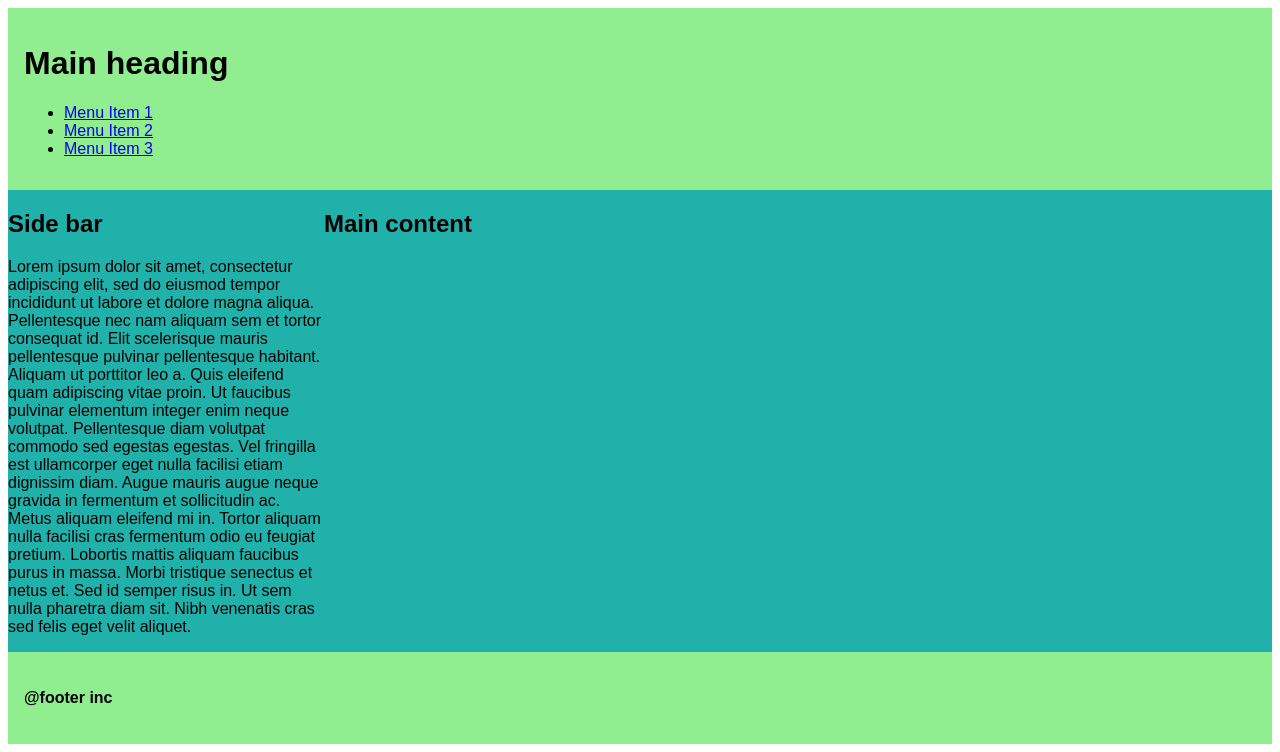
Repository: lasity34/first_layout
Page: index.html
An editor plug-in stored every save of this project. The page is shown before and after the next save, followed by the edit.
The browser window is 1280 px wide. The pictures show the whole page.

Above is the page before, as saved 2023-03-06 10:51:49.

### index.html
<!DOCTYPE html>
<html lang="en">
<head>
    <meta charset="UTF-8">
    <meta http-equiv="X-UA-Compatible" content="IE=edge">
    <meta name="viewport" content="width=device-width, initial-scale=1.0">
    <title>Document</title>
    <style>
        body {
            font-family: Arial, Helvetica, sans-serif;
        }

        .header {
            background-color: lightgreen;
            padding: 1em;
        }

        .main {
            background-color: lightseagreen;
        }

        .footer {
            background-color: lightgreen;
            padding: 1em;
        }

        .side-bar {
            float: left;
            width: 25%;
        }

        .clearfix {
            overflow: auto;
            zoom: 1;
        }
    </style>
</head>
<body>
    <div class="container">
        <div class="header">
            <h1>Main heading</h1>
            <ul class="menu">
                <li><a href="#">Menu Item 1</a></li>
                <li><a href="#">Menu Item 2</a></li>
                <li><a href="#">Menu Item 3</a></li>
            </ul>
        </div>
        <div class="main clearfix">
            <div class="side-bar">
                <h2>Side bar</h2>
                <p>Lorem ipsum dolor sit amet, consectetur adipiscing elit,
                    sed do eiusmod tempor incididunt ut labore et dolore magna aliqua.
                    Pellentesque nec nam aliquam sem et tortor consequat id.
                    Elit scelerisque mauris pellentesque pulvinar pellentesque habitant.
                    Aliquam ut porttitor leo a. Quis eleifend quam adipiscing vitae proin.
                    Ut faucibus pulvinar elementum integer enim neque volutpat.
                    Pellentesque diam volutpat commodo sed egestas egestas.
                    Vel fringilla est ullamcorper eget nulla facilisi etiam dignissim diam.
                    Augue mauris augue neque gravida in fermentum et sollicitudin ac.
                    Metus aliquam eleifend mi in.
                    Tortor aliquam nulla facilisi cras fermentum odio eu feugiat pretium.
                    Lobortis mattis aliquam faucibus purus in massa.
                    Morbi tristique senectus et netus et. Sed id semper risus in.
                    Ut sem nulla pharetra diam sit.
                    Nibh venenatis cras sed felis eget velit aliquet.</p>
            </div>
            <div class="content">
                <h2>Main content</h2>
            </div>
        </div>
        <div class="footer"><h4>@footer inc</h4></div>
    </div>
</body>
</html>

After the next save:
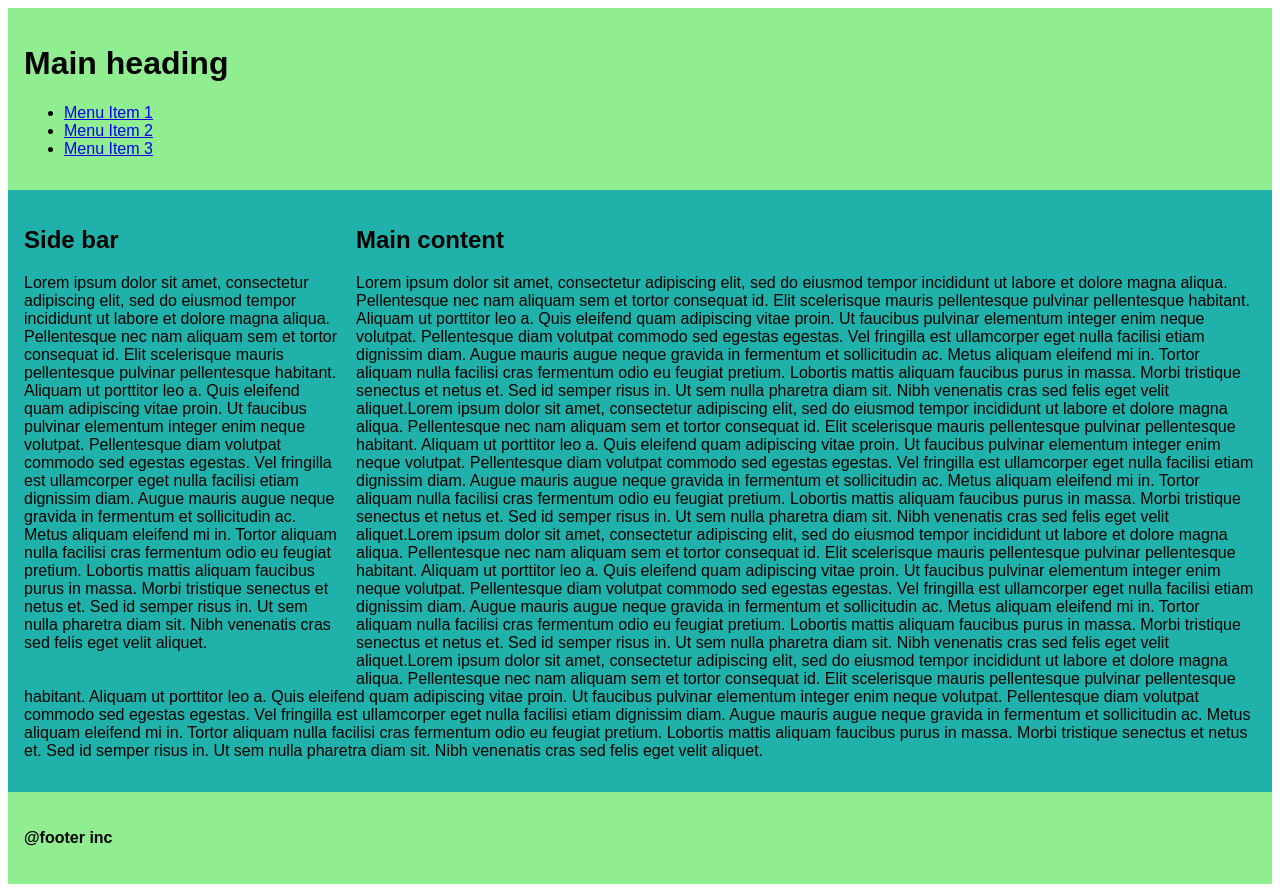
Saved 72 s later.
--- a/index.html
+++ b/index.html
@@ -27,11 +27,16 @@
         .side-bar {
             float: left;
             width: 25%;
+            padding: 1em;
         }
 
         .clearfix {
             overflow: auto;
             zoom: 1;
+        }
+
+        .content {
+            padding: 1em;
         }
     </style>
 </head>
@@ -66,6 +71,63 @@
             </div>
             <div class="content">
                 <h2>Main content</h2>
+                <p>Lorem ipsum dolor sit amet, consectetur adipiscing elit,
+                    sed do eiusmod tempor incididunt ut labore et dolore magna aliqua.
+                    Pellentesque nec nam aliquam sem et tortor consequat id.
+                    Elit scelerisque mauris pellentesque pulvinar pellentesque habitant.
+                    Aliquam ut porttitor leo a. Quis eleifend quam adipiscing vitae proin.
+                    Ut faucibus pulvinar elementum integer enim neque volutpat.
+                    Pellentesque diam volutpat commodo sed egestas egestas.
+                    Vel fringilla est ullamcorper eget nulla facilisi etiam dignissim diam.
+                    Augue mauris augue neque gravida in fermentum et sollicitudin ac.
+                    Metus aliquam eleifend mi in.
+                    Tortor aliquam nulla facilisi cras fermentum odio eu feugiat pretium.
+                    Lobortis mattis aliquam faucibus purus in massa.
+                    Morbi tristique senectus et netus et. Sed id semper risus in.
+                    Ut sem nulla pharetra diam sit.
+                    Nibh venenatis cras sed felis eget velit aliquet.Lorem ipsum dolor sit amet, consectetur adipiscing elit,
+                    sed do eiusmod tempor incididunt ut labore et dolore magna aliqua.
+                    Pellentesque nec nam aliquam sem et tortor consequat id.
+                    Elit scelerisque mauris pellentesque pulvinar pellentesque habitant.
+                    Aliquam ut porttitor leo a. Quis eleifend quam adipiscing vitae proin.
+                    Ut faucibus pulvinar elementum integer enim neque volutpat.
+                    Pellentesque diam volutpat commodo sed egestas egestas.
+                    Vel fringilla est ullamcorper eget nulla facilisi etiam dignissim diam.
+                    Augue mauris augue neque gravida in fermentum et sollicitudin ac.
+                    Metus aliquam eleifend mi in.
+                    Tortor aliquam nulla facilisi cras fermentum odio eu feugiat pretium.
+                    Lobortis mattis aliquam faucibus purus in massa.
+                    Morbi tristique senectus et netus et. Sed id semper risus in.
+                    Ut sem nulla pharetra diam sit.
+                    Nibh venenatis cras sed felis eget velit aliquet.Lorem ipsum dolor sit amet, consectetur adipiscing elit,
+                    sed do eiusmod tempor incididunt ut labore et dolore magna aliqua.
+                    Pellentesque nec nam aliquam sem et tortor consequat id.
+                    Elit scelerisque mauris pellentesque pulvinar pellentesque habitant.
+                    Aliquam ut porttitor leo a. Quis eleifend quam adipiscing vitae proin.
+                    Ut faucibus pulvinar elementum integer enim neque volutpat.
+                    Pellentesque diam volutpat commodo sed egestas egestas.
+                    Vel fringilla est ullamcorper eget nulla facilisi etiam dignissim diam.
+                    Augue mauris augue neque gravida in fermentum et sollicitudin ac.
+                    Metus aliquam eleifend mi in.
+                    Tortor aliquam nulla facilisi cras fermentum odio eu feugiat pretium.
+                    Lobortis mattis aliquam faucibus purus in massa.
+                    Morbi tristique senectus et netus et. Sed id semper risus in.
+                    Ut sem nulla pharetra diam sit.
+                    Nibh venenatis cras sed felis eget velit aliquet.Lorem ipsum dolor sit amet, consectetur adipiscing elit,
+                    sed do eiusmod tempor incididunt ut labore et dolore magna aliqua.
+                    Pellentesque nec nam aliquam sem et tortor consequat id.
+                    Elit scelerisque mauris pellentesque pulvinar pellentesque habitant.
+                    Aliquam ut porttitor leo a. Quis eleifend quam adipiscing vitae proin.
+                    Ut faucibus pulvinar elementum integer enim neque volutpat.
+                    Pellentesque diam volutpat commodo sed egestas egestas.
+                    Vel fringilla est ullamcorper eget nulla facilisi etiam dignissim diam.
+                    Augue mauris augue neque gravida in fermentum et sollicitudin ac.
+                    Metus aliquam eleifend mi in.
+                    Tortor aliquam nulla facilisi cras fermentum odio eu feugiat pretium.
+                    Lobortis mattis aliquam faucibus purus in massa.
+                    Morbi tristique senectus et netus et. Sed id semper risus in.
+                    Ut sem nulla pharetra diam sit.
+                    Nibh venenatis cras sed felis eget velit aliquet.</p>
             </div>
         </div>
         <div class="footer"><h4>@footer inc</h4></div>
